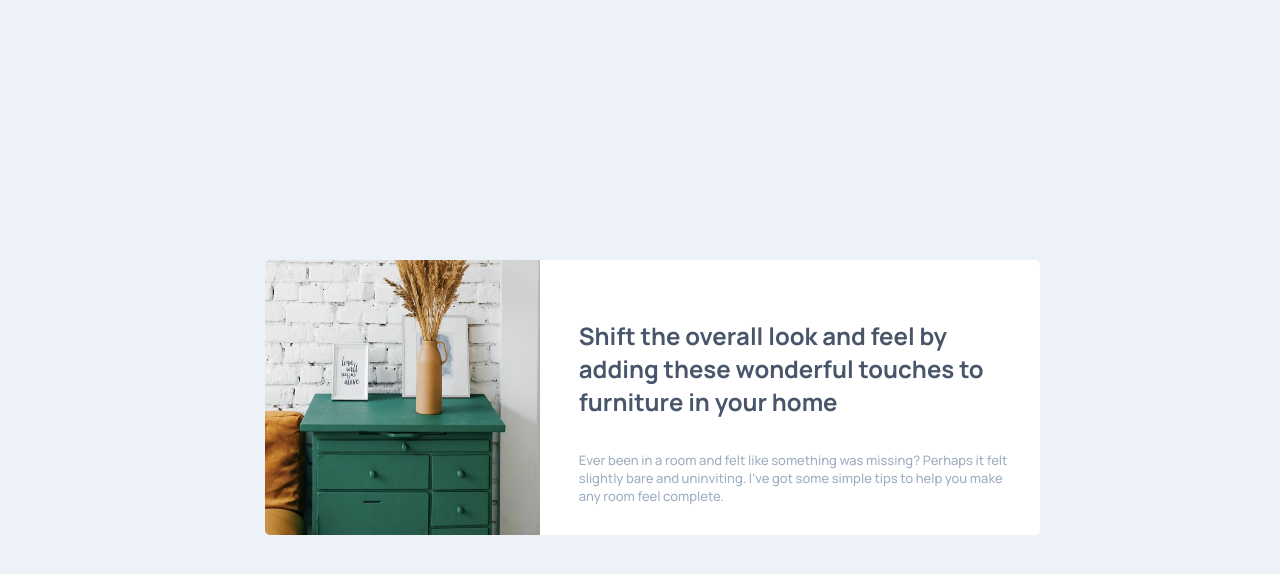
Repository: ricky603/training-css
Page: article-preview-component-master/index.html
These files come from the project's save history. The page is drawn as it stood at one moment and after the next save; the edit follows.
The browser window is 1280 px wide. The pictures show the whole page.

Above is the page before, as saved 2020-09-09 08:51:20.

After the next save:
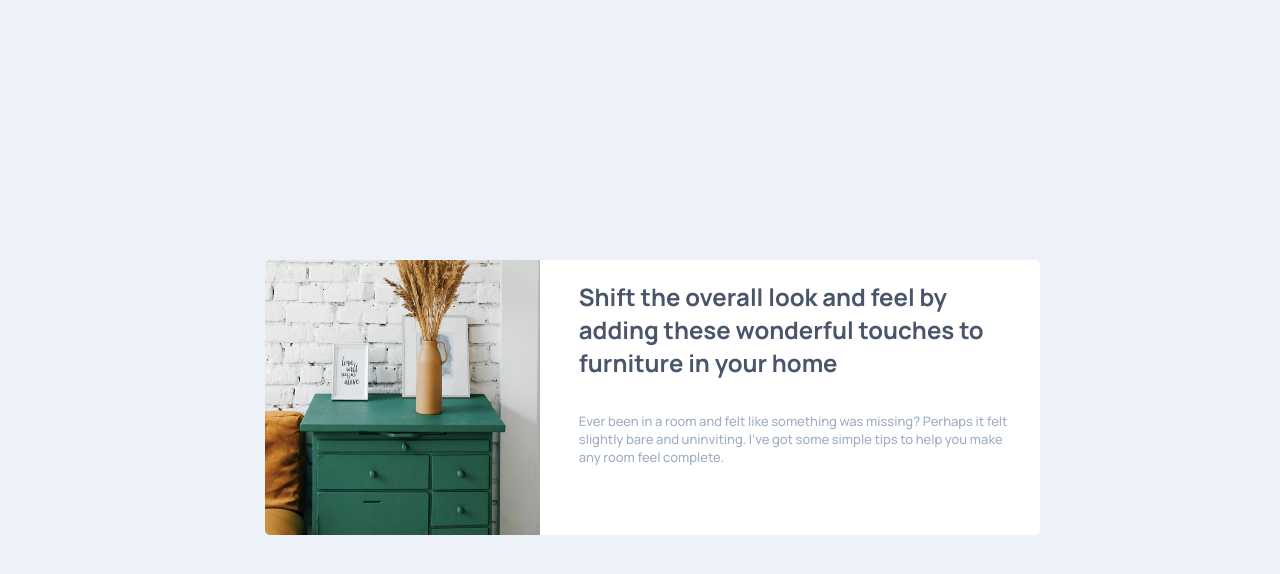
Saved 8 s later.
--- a/article-preview-component-master/styles.css
+++ b/article-preview-component-master/styles.css
@@ -15,8 +15,8 @@ h2 {
     position: absolute;
     width: 57%;
     display: inline-block;
-    margin: 5% 5% 5% 5%;
-    padding-bottom: 10%;
+    margin: 0 5% 5% 5%;
+    padding-bottom: 1%;
 }
 
 .body {
